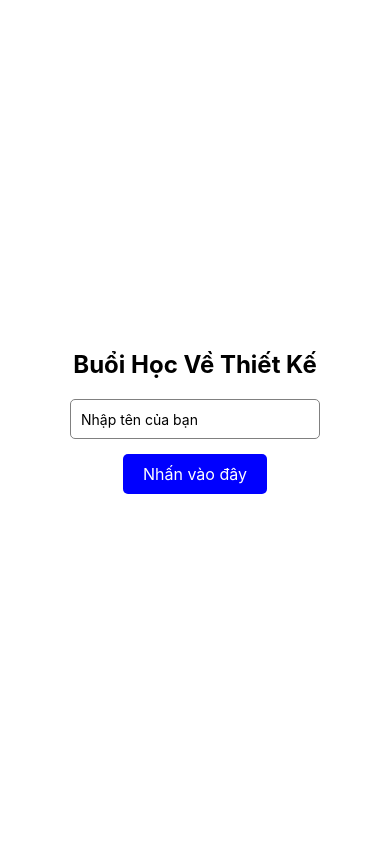
Repository: vanh1604/ExerciseReactNative
Screen: /
These files come from the project's save history. The screen is drawn as it stood at one moment and after the next save; the edit follows.
The app was drawn by React Native's web renderer in a window 390 px wide. The project was rebuilt for these pictures with package versions that can differ from the ones it lists, and the page was loaded fresh each time.

Above is the screen before, as saved 2023-08-27 14:22:58.

After the next save:
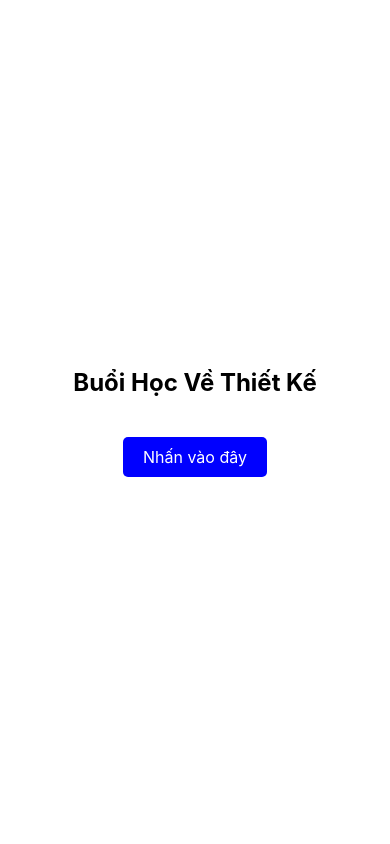
Saved 61 s later.
--- a/components/LessonDesign.js
+++ b/components/LessonDesign.js
@@ -12,7 +12,11 @@
   return (
     <View style={styles.container}>
       <Text style={styles.title}>Buổi Học Về Thiết Kế</Text>
-      <TextInput style={styles.input} placeholder="Nhập tên của bạn" />
+      <TextInput
+        style={styles.input}
+        style={styles.buttonText}
+        placeholder="Nhập tên của bạn"
+      />
       {/* <Image style={styles.image} source={require("./your-image-file.png")} /> */}
       <TouchableOpacity
         style={styles.button}

After the 2 saves that followed:
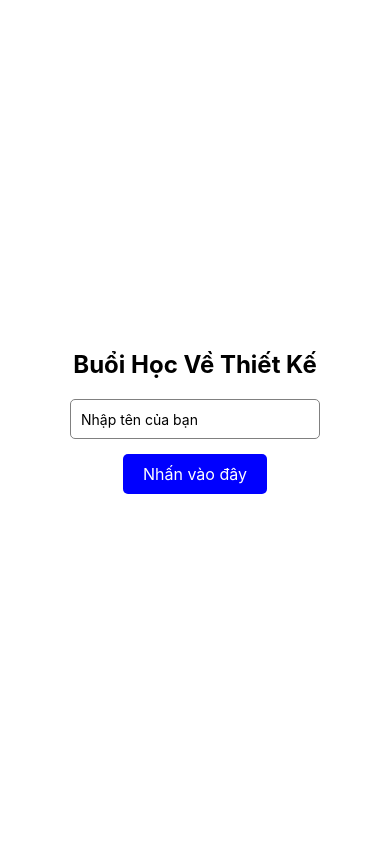
The 2 saves are shown as one change because 1 left the picture as it was.
The last was saved 34 s later.
--- a/components/LessonDesign.js
+++ b/components/LessonDesign.js
@@ -12,11 +12,7 @@
   return (
     <View style={styles.container}>
       <Text style={styles.title}>Buổi Học Về Thiết Kế</Text>
-      <TextInput
-        style={styles.input}
-        style={styles.buttonText}
-        placeholder="Nhập tên của bạn"
-      />
+      <TextInput style={styles.input} placeholder="Nhập tên của bạn" />
       {/* <Image style={styles.image} source={require("./your-image-file.png")} /> */}
       <TouchableOpacity
         style={styles.button}
